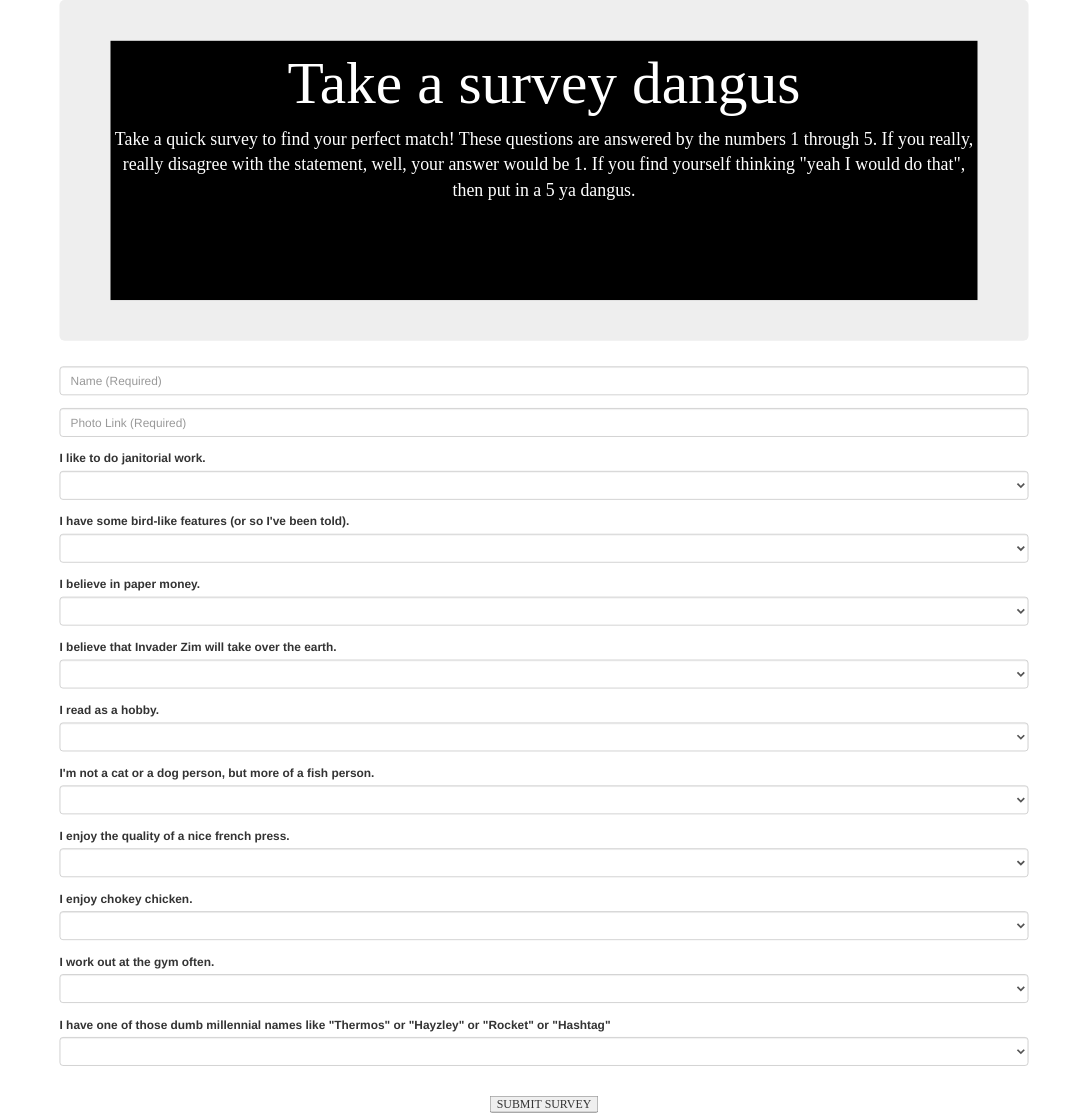
Repository: kcummings1/Mate-Matcher
Page: public/survey.html
The author's editor kept a copy of each file at every save. The page is drawn from the files as they stood at one save, then again after the next save.
The browser window is 1280 px wide. The pictures show the whole page, at 85% of full size.
Some web libraries are served in a nearby version.

Above is the page before, as saved 2019-10-05 13:53:53.
Console error: ReferenceError: config is not defined

### public/survey.html
<!DOCTYPE html>
<html>

<head>
    <title>Friend Finder | Survey</title>
    <meta charset="UTF-8">
    <link rel="stylesheet" type="text/css" href="style.css">
    <!--===================\\BootStrap//===================-->
    <link rel="stylesheet" href="https://maxcdn.bootstrapcdn.com/bootstrap/3.3.7/css/bootstrap.min.css">
    <link rel="stylesheet" href="https://maxcdn.bootstrapcdn.com/font-awesome/4.7.0/css/font-awesome.min.css">
</head>

<body>

    <div class="container">
        <div class="jumbotron">
                <div class="title" style="background-color: #000;">Take a survey dangus <br>
            <p>Take a quick survey to find your perfect match! These questions are answered by the numbers 1 through 5.
                If
                you really, really disagree with the statement, well, your answer would be 1. If you find yourself
                thinking
                "yeah I would do that", then put in a 5 ya dangus.</p> <br>
                </div>
        </div>
        <form>
            <div class="form-group">
                <input id="name" type="text" class="form-control" placeholder="Name (Required)">
            </div>
            <div class="form-group">
                <input id="photo" type="text" class="form-control" placeholder="Photo Link (Required)">
            </div>


            <div class="form-group">
                <label for="q1">I like to do janitorial work.</label>
                <select class="form-control" id="q1">
                    <option value="empty"></option>
                    <option value="1">1 (I Do not like that at all!!)</option>
                    <option value="2">2</option>
                    <option value="3">3 (Meh)</option>
                    <option value="4">4</option>
                    <option value="5">5 (I do like that A lot!!)</option>
                </select>
            </div>
            <div class="form-group">
                <label for="q2">I have some bird-like features (or so I've been told).</label>
                <select class="form-control" id="q2">
                    <option value="empty"></option>
                    <option value="1">1 (I Do not like that at all!!)</option>
                    <option value="2">2</option>
                    <option value="3">3 (Meh)</option>
                    <option value="4">4</option>
                    <option value="5">5 (I do like that A lot!!)</option>
                </select>
            </div>
            <div class="form-group">
                <label for="q3">I believe in paper money.</label>
                <select class="form-control" id="q3">
                    <option value="empty"></option>
                    <option value="1">1 (I Do not like that at all!!)</option>
                    <option value="2">2</option>
                    <option value="3">3 (Meh)</option>
                    <option value="4">4</option>
                    <option value="5">5 (I do like that A lot!!)</option>
                </select>
            </div>
            <div class="form-group">
                <label for="q4">I believe that Invader Zim will take over the earth.</label>
                <select class="form-control" id="q4">
                    <option value="empty"></option>
                    <option value="1">1 (I Do not like that at all!!)</option>
                    <option value="2">2</option>
                    <option value="3">3 (Meh)</option>
                    <option value="4">4</option>
                    <option value="5">5 (I do like that A lot!!)</option>
                </select>
            </div>
            <div class="form-group">
                <label for="q5">I read as a hobby.</label>
                <select class="form-control" id="q5">
                    <option value="empty"></option>
                    <option value="1">1 (I Do not like that at all!!)</option>
                    <option value="2">2</option>
                    <option value="3">3 (Meh)</option>
                    <option value="4">4</option>
                    <option value="5">5 (I do like that A lot!!)</option>
                </select>
            </div>
            <div class="form-group">
                <label for="q6">I'm not a cat or a dog person, but more of a fish person.</label>
                <select class="form-control" id="q6">
                    <option value="empty"></option>
                    <option value="1">1 (I Do not like that at all!!)</option>
                    <option value="2">2</option>
                    <option value="3">3 (Meh)</option>
                    <option value="4">4</option>
                    <option value="5">5 (I do like that A lot!!)</option>
                </select>
            </div>
            <div class="form-group">
                <label for="q7">I enjoy the quality of a nice french press.</label>
                <select class="form-control" id="q7">
                    <option value="empty"></option>
                    <option value="1">1 (I Do not like that at all!!)</option>
                    <option value="2">2</option>
                    <option value="3">3 (Meh)</option>
                    <option value="4">4</option>
                    <option value="5">5 (I do like that A lot!!)</option>
                </select>
            </div>
            <div class="form-group">
                <label for="q8">I enjoy chokey chicken.</label>
                <select class="form-control" id="q8">
                    <option value="empty"></option>
                    <option value="1">1 (I Do not like that at all!!)</option>
                    <option value="2">2</option>
                    <option value="3">3 (Meh)</option>
                    <option value="4">4</option>
                    <option value="5">5 (I do like that A lot!!)</option>
                </select>
            </div>
            <div class="form-group">
                <label for="q9">I work out at the gym often.</label>
                <select class="form-control" id="q9">
                    <option value="empty"></option>
                    <option value="1">1 (I Do not like that at all!!)</option>
                    <option value="2">2</option>
                    <option value="3">3 (Meh)</option>
                    <option value="4">4</option>
                    <option value="5">5 (I do like that A lot!!)</option>
                </select>
            </div>
            <div class="form-group">
                <label for="q10">I have one of those dumb millennial names like "Thermos" or "Hayzley" or
                    "Rocket" or "Hashtag"</label>
                <select class="form-control" id="q10">
                    <option value="empty"></option>
                    <option value="1">1 (I Do not like that at all!!)</option>
                    <option value="2">2</option>
                    <option value="3">3 (Meh)</option>
                    <option value="4">4</option>
                    <option value="5">5 (I do like that A lot!!)</option>
                </select>
            </div>
        </form>


        <div class="text-center"><br>
            <input type="submit" class="fa fa-pencil survey-button" value="Submit Survey" id="submit">
        </div>

        <!-- Modal after survey completion -->
        <div id="bestFriendModal" class="modal fade" role="dialog">
            <div class="modal-dialog">
                <div class="modal-content">
                    <div class="modal-header">

                        <h3 class="modal-title">Your New Best Friend</h1>
                    </div>
                    <div class="modal-body">
                        <h2 id="bestFriend"></h2>

                    </div>
                    <div class="modal-footer">
                        <!-- <img id="bestFriendPhoto" src="#"> <button type="button" class="btn btn-default" data-dismiss="modal">Close</button> -->
                    </div>
                </div>
            </div>
        </div>
    </div>

    <script src="https://code.jquery.com/jquery-3.2.1.min.js"
        integrity="sha256-hwg4gsxgFZhOsEEamdOYGBf13FyQuiTwlAQgxVSNgt4=" crossorigin="anonymous"></script>
    <script src="https://maxcdn.bootstrapcdn.com/bootstrap/3.3.7/js/bootstrap.min.js"></script>
</body>

</html>

<script type="text/javascript">
    for (var selector in config) {
        $(selector).chosen(config[selector]);
    }
    //=========\\====Capturing form inputs====//==========\\
    $("#submitBtn").on("click", function (event) {
        event.preventDefault();


        //=========\\====Form validation====//==========\\
        function valForm() {
            var isVal = true;
            $(".form-control").each(function () {
                if ($(this).val() === "") {
                    isVal = false;

                }
            });
        }

        $(".chosen-select").each(function () {

            if ($(this).val() === "") {
                isVal = false;
            }
        })
        return isVal;

        //=========\\====If all required fields are filled====//==========\\
        if (valForm()) {
            //=========\\====Create an object for the user's data====//==========\\
            var userData = {
                name: $("#name").val(),
                Photo: $("#photo").val(),
                scores: [
                    $("#q1").val(),
                    $("#q2").val(),
                    $("#q3").val(),
                    $("#q4").val(),
                    $("#q5").val(),
                    $("#q6").val(),
                    $("#q7").val(),
                    $("#q8").val(),
                    $("#q9").val(),
                    $("#q10").val(),
                ]
            };
            //=========\\====AJAX post the data to the friends API.====//==========\\
            $.post(currentURL + "/api/friends", userData, function (data) {


                $("#matchName").text(data.name);
                $("#matchImg").attr("src", data.photo);

                $("#resultsModal").modal("toggle");

            });
        }
        else {
            alert("Fill out for before submitting!");
        }
        return false;
    });

    </script>

</html>

### public/style.css
.title{
	text-align: center;
	font-family: "Comfortaa";
	font-size: 500%;
	color: #fff;
}

.slogan{
	text-align: center;
	font-family: "PT Mono";
	font-size: 150%;
	text-transform: uppercase;
	color: #fff;
}

.survey-button{
	text-align: center;
	font-family: "PT Mono";
	font-size: 120%;
	text-transform: uppercase;
}

.subtitle{
	text-align: center;
	font-family: "Comfortaa";
	font-size: 200%;
	font-weight: bold;
}

.survey-container{
	width: 50%;
	margin-left: 25%;
	text-align: center;
}

After the next save:
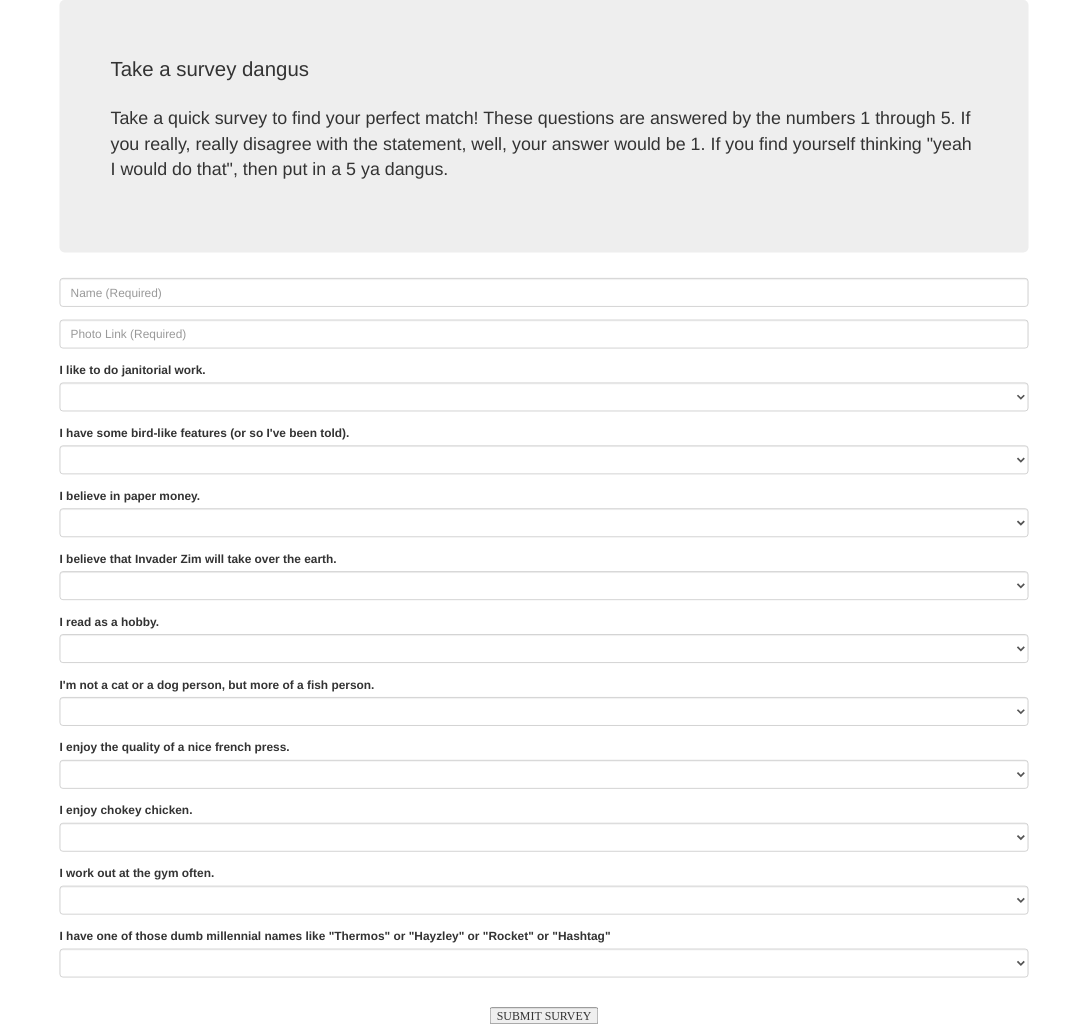
Saved 39 s later.
--- a/public/survey.html
+++ b/public/survey.html
@@ -14,13 +14,13 @@
 
     <div class="container">
         <div class="jumbotron">
-                <div class="title" style="background-color: #000;">Take a survey dangus <br>
+                <h3>Take a survey dangus</h3> <br>
             <p>Take a quick survey to find your perfect match! These questions are answered by the numbers 1 through 5.
                 If
                 you really, really disagree with the statement, well, your answer would be 1. If you find yourself
                 thinking
                 "yeah I would do that", then put in a 5 ya dangus.</p> <br>
-                </div>
+
         </div>
         <form>
             <div class="form-group">
